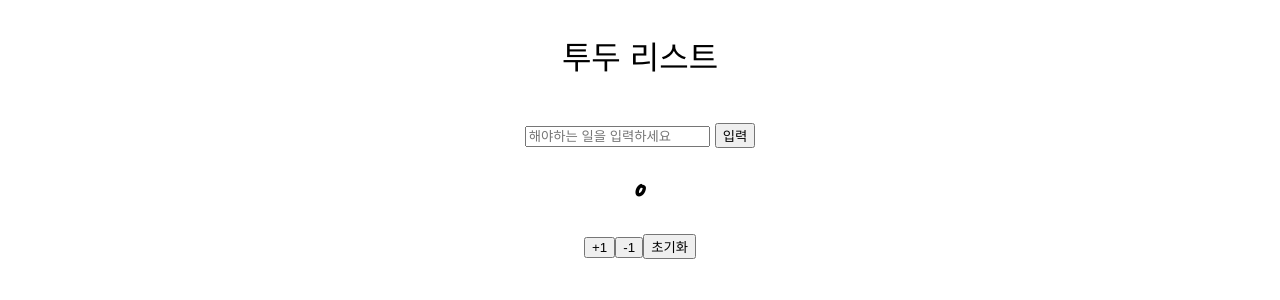
Repository: jun01270/Todo-List_React
Page: /
An editor plug-in stored every save of this project. The page is shown before and after the next save, followed by the edit.
The browser window is 1280 px wide. The pictures show the whole page.
The project was rebuilt for these pictures with package versions that can differ from the ones it lists, and the page was loaded fresh each time.

Above is the page before, as saved 2023-01-02 13:22:39.

### public/index.html
<!DOCTYPE html>
<html lang="en">
  <head>
    <meta charset="utf-8" />
    <link rel="preconnect" href="https://fonts.googleapis.com" />
    <link rel="preconnect" href="https://fonts.gstatic.com" crossorigin />
    <link
      href="https://fonts.googleapis.com/css2?family=Nanum+Pen+Script&display=swap"
      rel="stylesheet"
    />
    <meta name="viewport" content="width=device-width, initial-scale=1" />
    <meta name="theme-color" content="#000000" />
    <meta
      name="description"
      content="Web site created using create-react-app"
    />
    <link rel="apple-touch-icon" href="%PUBLIC_URL%/logo192.png" />
    <!--
      manifest.json provides metadata used when your web app is installed on a
      user's mobile device or desktop. See https://developers.google.com/web/fundamentals/web-app-manifest/
    -->
    <link rel="manifest" href="%PUBLIC_URL%/manifest.json" />
    <!--
      Notice the use of %PUBLIC_URL% in the tags above.
      It will be replaced with the URL of the `public` folder during the build.
      Only files inside the `public` folder can be referenced from the HTML.

      Unlike "/favicon.ico" or "favicon.ico", "%PUBLIC_URL%/favicon.ico" will
      work correctly both with client-side routing and a non-root public URL.
      Learn how to configure a non-root public URL by running `npm run build`.
    -->
    <title>React App</title>
  </head>
  <body>
    <noscript>You need to enable JavaScript to run this app.</noscript>
    <div id="root"></div>
    <!--
      This HTML file is a template.
      If you open it directly in the browser, you will see an empty page.

      You can add webfonts, meta tags, or analytics to this file.
      The build step will place the bundled scripts into the <body> tag.

      To begin the development, run `npm start` or `yarn start`.
      To create a production bundle, use `npm run build` or `yarn build`.
    -->
  </body>
</html>

### src/App.js
import "./App.css";
import Counter from "./counter";

function App() {
  return (
    <div className="todo">
      <div className="todo-all">
        <p className="todo-title">투두 리스트</p>
        <div className="todo-list">
          <form className="todo-Form">
            <input type="text" placeholder="해야하는 일을 입력하세요"></input>
            <input type="button" value="입력" className="sub"></input>
          </form>
        </div>
      </div>
      <Counter />
    </div>
  );
}

export default App;

### src/App.css
.todo {
  text-align: center;
  font-family: "Nanum Pen Script", cursive;
}

.todo-all {
  font-size: xx-large;
}

.todo-list {
}

.todo-title {
  font-family: "Nanum Pen Script", cursive;
}

.todo-Form {
}

.sub {
  margin-left: 5px;
}

### src/counter.js
import React, { useState } from "react";

function Counter() {
  let [num, numPlus] = useState(0);

  let increase = () => {
    console.log("+1");
    numPlus(num + 1);
  };
  let decrease = () => {
    console.log("-1");
    numPlus(num - 1);
  };

  let set = () => {
    console.log("-1");
    numPlus(0);
  };

  return (
    <div>
      <h1>{num}</h1>
      <button onClick={increase}>+1</button>
      <button onClick={decrease}>-1</button>
      <button onClick={set}>초기화</button>
    </div>
  );
}

export default Counter;

Loaded but not shown: src/index.js (common file); src/index.css (common file); src/reportWebVitals.js (common file)

After the next save:
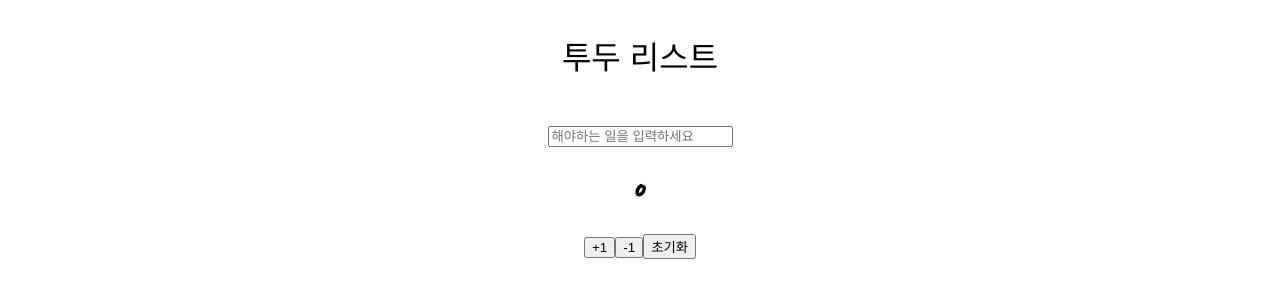
Saved 5 min 24 s later.
--- a/src/App.js
+++ b/src/App.js
@@ -2,15 +2,21 @@ import "./App.css";
 import Counter from "./counter";
 
 function App() {
+  const handleEvent = (event) => {
+    console.log(event.target.value);
+  };
   return (
     <div className="todo">
       <div className="todo-all">
         <p className="todo-title">투두 리스트</p>
         <div className="todo-list">
-          <form className="todo-Form">
-            <input type="text" placeholder="해야하는 일을 입력하세요"></input>
-            <input type="button" value="입력" className="sub"></input>
-          </form>
+          <div className="todo-form">
+            <input
+              type="text"
+              placeholder="해야하는 일을 입력하세요"
+              onChange={handleEvent}
+            ></input>
+          </div>
         </div>
       </div>
       <Counter />
